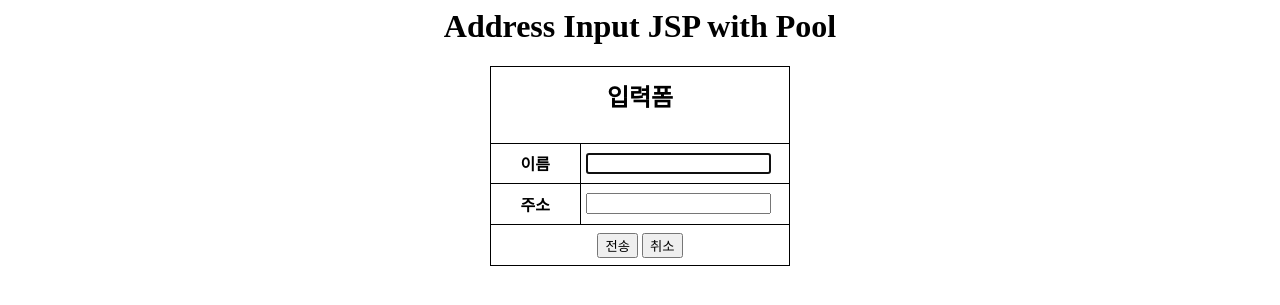
Repository: betweenhj702/Web-App-Server-Practices
Page: workspace/HelloPj/WebContent/addr_jsp_pool/input.html
These files come from the project's save history. The page is drawn as it stood at one moment and after the next save; the edit follows.
The browser window is 1280 px wide. The pictures show the whole page.

Above is the page before, as saved 2020-12-29 07:37:25.

After the next save:
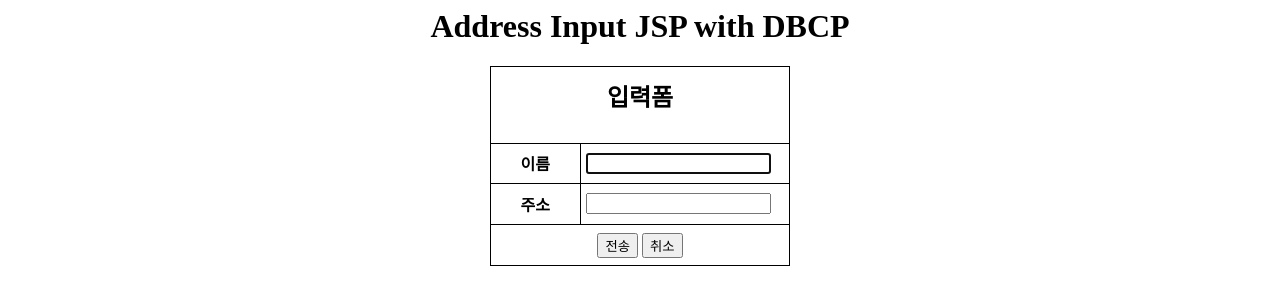
Saved 28 s later.
--- a/workspace/HelloPj/WebContent/addr_jsp_pool/input.html
+++ b/workspace/HelloPj/WebContent/addr_jsp_pool/input.html
@@ -62,7 +62,7 @@
 <body onload="document.f.name.focus()">
 <center>
    <h1>
-		Address Input JSP with Pool
+		Address Input JSP with DBCP
    </h1>
    <form name="f" action="insert.jsp" method="post">
        <table border="1" width="300" height="200">
